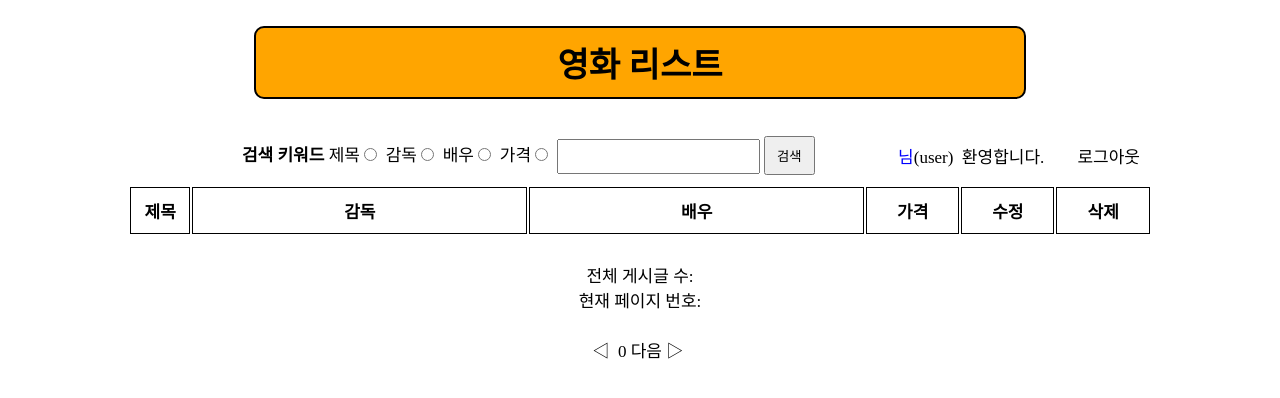
Repository: EverythingOfC/movie
Page: http://localhost/movie/movie/list.jsp
An editor plug-in stored every save of this project. The page is shown before and after the next save, followed by the edit.
The browser window is 1280 px wide. The pictures show the whole page.
The page is served by Tomcat 9. Nobody is signed in. The application's start-up code is not run. Other server files are loaded and not shown. The template is opened directly, without the code that normally fills it, so the values that code supplies are empty.

Above is the page before, as saved 2023-01-03 10:05:07.

### movie/src/main/webapp/movie/list.jsp
<%@ page language="java" contentType="text/html; charset=UTF-8"
	pageEncoding="UTF-8"%>
<%@ taglib prefix="c" uri="http://java.sun.com/jsp/jstl/core"%>
<!DOCTYPE html>
<html>
<head>
<meta charset="UTF-8">
<title>Insert title here</title>
<link rel="stylesheet" type="text/css" href="../css/movie.css">
</head>
<body>

	<div class="title">
		<h1>영화 리스트</h1>
	</div>

	<div class="main">
		<table>

			<tr>
				<td style="border:0;"></td>
				<td colspan="2" style="border:0; text-align:center;">
				<form action="ms?command=list" method="get">

				<b>검색 키워드</b>
				<label for="title">제목</label>
				<input type="radio" name="column" value="title" id="title">&nbsp;

				<label for="director">감독</label>
				<input type="radio" name="column" value="director" id="director">&nbsp;

				<label for="actor">배우</label>
				<input type="radio" name="column" value="actor" id="actor">&nbsp;

				<label for="price">가격</label>
				<input type="radio" name="column" value="price" id ="price">&nbsp;

				<input type="text" name="search" style="padding:8px 11px;">
				<input type="submit" value="검색" style="padding:8px 11px;">

				</form>
				</td>

				<td colspan="2" style="border:0; text-align:right;">
				<c:choose>
					<c:when test="${member.auth eq '1' }">
					<span style="color:red">${member.name}님</span>(admin)
					</c:when>
					<c:otherwise>
					<span style="color:blue">${member.name}님</span>(user)
					</c:otherwise>
				</c:choose>&nbsp;환영합니다.
				</td>
				<td style="border: 0; text-align: right; margin-top: 2vw;">

					<c:if test="${member.auth eq '1' }"><!-- 관리자인 경우에만 -->
					<a href="ms?command=insertForm">영화등록</a>&nbsp;&nbsp;
					</c:if>
					<a href="ms?command=loginForm">로그아웃</a>
				</td>
			</tr>

			<tr>
				<th>제목</th>
				<th>감독</th>
				<th>배우</th>
				<th>가격</th>
				<th>수정</th>
				<th>삭제</th>
			</tr>

			<c:forEach var="movie" items="${movies }">
				<tr>
					<td><a style="color:red;" href="ms?command=view&code=${movie.code}">${movie.title }</a></td>
					<td>${movie.director }</td>
					<td>${movie.actor }</td>
					<td>${movie.price }</td>


					<c:choose>
						<c:when test="${member.auth eq '1' }">	<!-- 관리자인 경우 -->
							<td><a href="ms?command=updateForm&code=${movie.code}">정보
									수정</a></td>
							<td><a href="ms?command=delete&code=${movie.code }">정보
									삭제</a></td>
						</c:when>
						<c:otherwise>
							<td>사용자는 수정불가</td>
							<td>사용자는 삭제불가</td>
						</c:otherwise>

					</c:choose>

				</tr>
			</c:forEach>
		</table>
	</div>

	<div class="page">

		<c:set var="page" value="${paging.getCurrentPage() }"/> <!--  현재 페이지 -->
		<c:set var="beginPage" value="${paging.getBeginPage() }"/>
		<c:set var="endPage" value="${paging.getEndPage() }"/>
		<c:set var="totalPage" value="${paging.getTotalPage() }"/>
		<c:set var="url" value="${url }"/>
		<c:set var="displayPage" value="${paging.getDisplayPage() }"/>


		<p>전체 게시글 수: <span style="color:red">${paging.getTotalCount() }</span></p>
		<p>현재 페이지 번호: <span style="color:red">${page }</span></p>
	</div>


	<div class="pagination">


	<!--  처음으로  -->
	<c:if test="${page == 1}">
		<span> ◁&nbsp; </span>
	</c:if>

	<c:if test="${page != 1 }">
		<a href="${url}&page=1">
		<span> ◁&nbsp; </span>
		</a>
	</c:if>

	<!--  이전으로 -->
		<c:if test="${ page<=1 }">
				<span>이전</span>
		</c:if>
		<c:if test="${ page>1 }">
			<a href="${url }&page=${page-1}">이전</a>
		</c:if>

		<!--  넘버링 부분 -->
		<c:forEach var="item" varStatus = "status" begin="${beginPage }" end="${endPage }" step = "1">

		<c:if test="${page == item }">	<!--  현재 페이지는 클릭 못함 -->
			<span style="font-size:16px; color:red">${item }</span>
		</c:if>

		<c:if test="${page != item }">  <!--  현재 페이지가 아니면 클릭 가능 -->
			<a href="${url }&page=${item}">${item }</a>
		</c:if>

		</c:forEach>


		<!--  다음으로 -->
		<c:if test="${ page>=totalPage }">
				<span>다음</span>
		</c:if>
		<c:if test="${ page<totalPage }">
			<a href="${url }&page=${page+1}">다음</a>
		</c:if>

	<!-- 마지막으로  -->
	<c:if test="${page == totalPage }">
		<span> ▷&nbsp; </span>
	</c:if>
	<c:if test="${page != totalPage }">
		<a href="${url}&page=${totalPage}">
		<span> ▷&nbsp; </span>
		</a>
	</c:if>
	</div>
</body>
</html>

### movie/src/main/webapp/css/movie.css
@charset "UTF-8";

*{
	margin: 0 auto;
}
body{
	font-size:17px;
}
img{
	border:0;
}
a{
	text-decoration:none;
	color:black;
}
a:hover{
	font-weight:bold;
}
li{
	list-style: none;
}

.title{
	margin:2vw auto;
	text-align:center;
	border:2px solid black;
	border-radius:10px;
	background:orange;
	width:60%;
	padding:10px 0;
}
.main table{
	width:80%;
}
.main td,.main th{
	padding:10px;
	border:1px solid black;
	border-collapse: collapse;
}

.insert table td{
	text-align:center;
}
.insert table td input, .i_button input, .insert table td img{
	padding:8px 15px;
	font-weight:bold;
	font-size:14px;
}
.insert table{
	width:50%;
	font-size:17px;
}
.insert td,.insert th{
	padding:8px;
	border:1px solid black;
	border-collapse: collapse;
}
.i_button{
	margin-top:1vw;
	width:50%;
	text-align:center;
}


.login table td{
	text-align:center;
}
.login table td input, .l_button input{
	padding:11px 15px;
	font-weight:bold;
	font-size:14px;
}
.login table{
	width:50%;
	font-size:17px;
}
.login td,.login th{
	padding:8px;
	border:1px solid black;
	border-collapse: collapse;
}
.l_button{
	margin-top:2vw;
	width:50%;
	text-align:center;
}



.sign table td{
	text-align:center;
}

.sign table td label{
	display:inline-block;
	padding:8px 15px;
	font-size:14px;
 }
.sign table td input, .s_button input{
	padding:8px 15px;
	font-weight:bold;
	font-size:14px;
}
.sign table{
	width:50%;
	font-size:17px;
}
.sign td,.sign th{
	padding:8px;
	border:1px solid black;
	border-collapse: collapse;
}
.s_button{
	margin-top:2vw;
	width:50%;
	text-align:center;
}


.update table td{
	text-align:center;
}
.update table td input, .u_button input, .update table td img{
	padding:8px 15px;
	font-weight:bold;
	font-size:14px;
}
.update table{
	width:50%;
	font-size:17px;
}
.update td,.update th{
	padding:8px;
	border:1px solid black;
	border-collapse: collapse;
}
.u_button{
	margin-top:1vw;
	width:50%;
	text-align:center;
}


.view table td{
	text-align:center;
}
.view table td input, .v_button input, .view table td img{
	padding:8px 15px;
	font-weight:bold;
	font-size:14px;
}
.view table{
	width:50%;
	font-size:17px;
}
.view td,.view th{
	padding:8px;
	border:1px solid black;
	border-collapse: collapse;
}
.v_button{
	margin-top:1vw;
	width:50%;
	text-align:center;
}

.page,.pagination{
	width:70%;
	margin-top:2vw;
	text-align:center;
}
.pagination{
	margin-top:2vw;
}

After the next save:
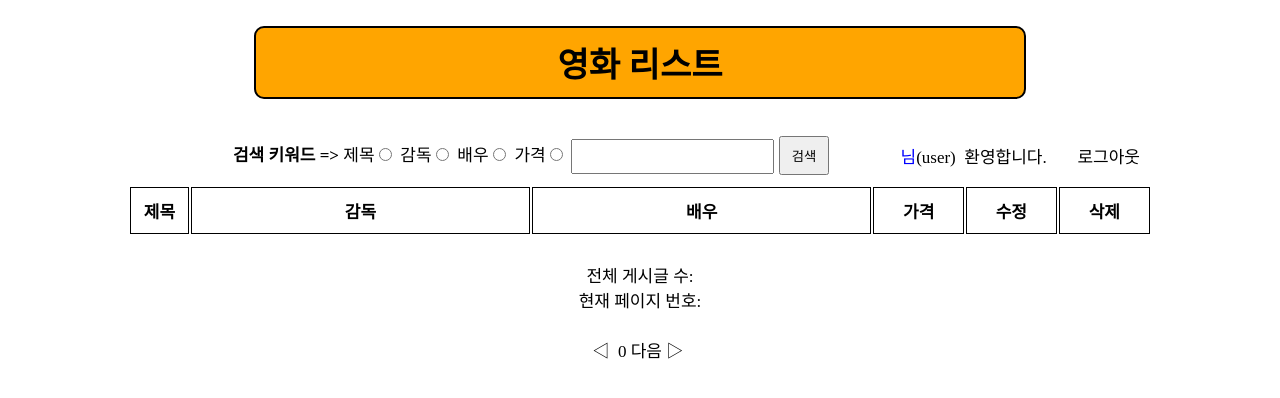
Saved 7 s later.
--- a/movie/src/main/webapp/movie/list.jsp
+++ b/movie/src/main/webapp/movie/list.jsp
@@ -22,7 +22,7 @@
 				<td colspan="2" style="border:0; text-align:center;">
 				<form action="ms?command=list" method="get">
 
-				<b>검색 키워드</b>
+				<b>검색 키워드 => </b>
 				<label for="title">제목</label>
 				<input type="radio" name="column" value="title" id="title">&nbsp;
 
